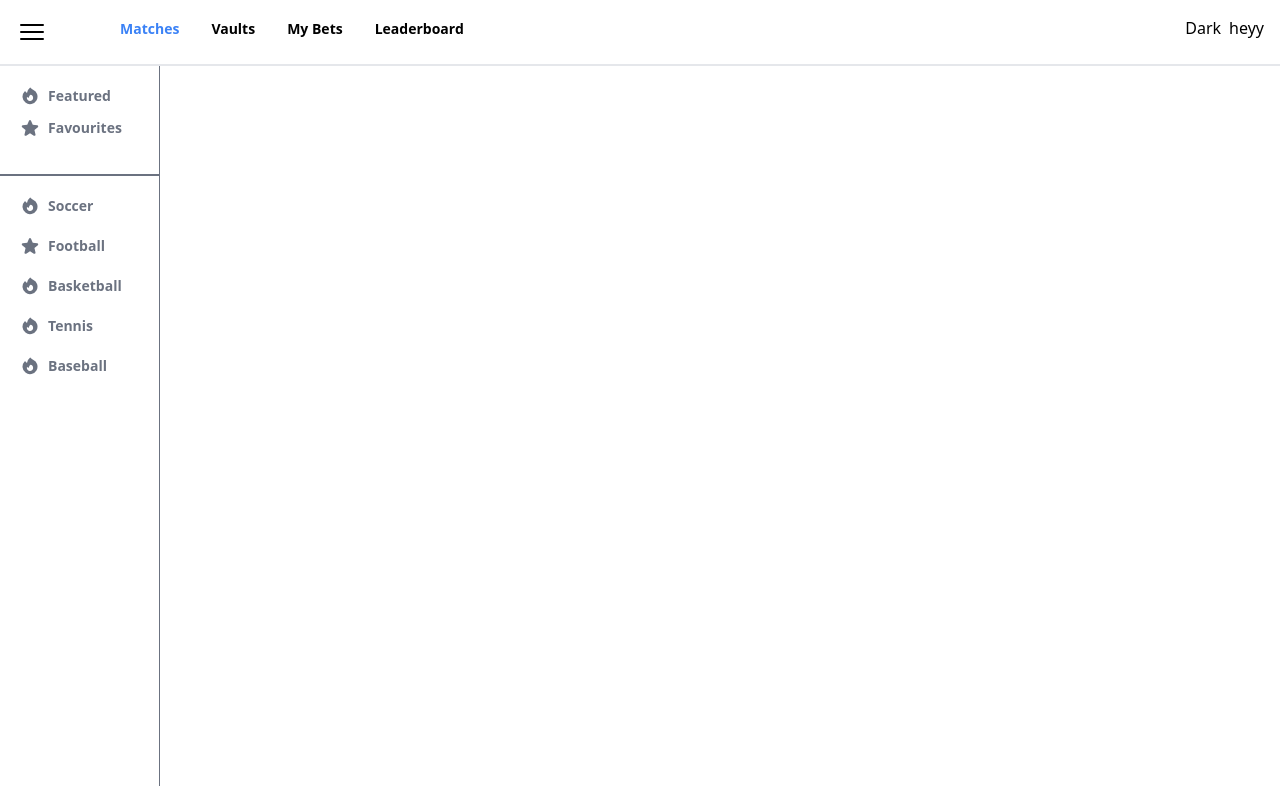
Repository: thekingisherenow/Betterbook
Page: /
These files come from the project's save history. The page is drawn as it stood at one moment and after the next save; the edit follows.
The browser window is 1280 px wide. The pictures show the whole page.
The project was rebuilt for these pictures with package versions that can differ from the ones it lists, and the page was loaded fresh each time. The framework's server and built-in components were replaced by stand-ins that run in the browser. Also part of the build but not shown: next.config.js.

Above is the page before, as saved 2023-01-17 00:23:36.

### src/pages/_app.tsx
import type { AppProps } from 'next/app'
import { Provider } from 'react-redux'
import store from '../core/store'
import '../core/styles/root.css'

const App = (props: AppProps) => {
  const { Component, pageProps } = props
  return (
    <Provider store={store}>
      <Component {...pageProps} />
    </Provider>
  )
}

export default App

### src/pages/index.tsx
import type { NextPage } from 'next'
import { useEffect, useState } from 'react'
import API from '../core/services'
import { Game } from '../types/game'
import Sidebar from '../components/Typography/Sidebar'
import Header from '../components/Typography/Header'

const IndexPage: NextPage = () => {
  const [games, setGames] = useState<Game[]>([])

  useEffect(() => {
    API.games.fetchGames().then(setGames)
  }, [])

  return <div>
        <main className=''>

          {/* Header  */}
          <Header />
            {/* Sidebar */}
            <Sidebar/>
            {/* Center  */}

        </main>
  </div>
}

export default IndexPage

### src/core/store/index.ts
import { configureStore } from '@reduxjs/toolkit'
import { counterReducer } from './slices/counterSlice'

const store = configureStore({
  reducer: {
    counter: counterReducer,
  },
})

export default store

### src/core/services/index.ts
import * as gamesServices from './games'

const API = {
  games: gamesServices,
}

export default API

### src/components/Typography/Sidebar.tsx
import React from 'react'
import { FireIcon, StarIcon } from '@heroicons/react/24/solid'

function Sidebar() {
    return (
        <div className='text-gray-500 text-sm border-r h-screen w-40 border-gray-500'>
            <div>
                <div className='flex flex-col  p-5 space-y-3 font-semibold mb-4'>
                    <button className='flex items-center space-x-2 hover:text-blue-600'>
                        <FireIcon className='w-5 h-5' />
                        <p>Featured</p>
                    </button>
                    <button className='flex items-center space-x-2 hover:text-blue-600'>
                        <StarIcon className='w-5 h-5' />
                        <p>Favourites</p>
                    </button>
                </div>
                    <hr className='border-t-2 border-gray-500' />

                <div className='flex flex-col space-y-5  p-5 font-semibold mb-4'>
                    <button className='flex items-center space-x-2 hover:text-blue-600'>
                        <FireIcon className='w-5 h-5' />
                        <p>Soccer</p>
                    </button>
                    <button className='flex items-center space-x-2 hover:text-blue-600'>
                        <StarIcon className='w-5 h-5' />
                        <p>Football</p>
                    </button>
                    <button className='flex items-center space-x-2 hover:text-blue-600'>
                        <FireIcon className='w-5 h-5' />
                        <p>Basketball</p>
                    </button>
                    <button className='flex items-center space-x-2 hover:text-blue-600'>
                        <FireIcon className='w-5 h-5' />
                        <p>Tennis</p>
                    </button>
                    <button className='flex items-center space-x-2 hover:text-blue-600'>
                        <FireIcon className='w-5 h-5' />
                        <p>Baseball</p>
                    </button>
                </div>
            </div>
        </div>
    )
}

export default Sidebar

### src/components/Typography/Header.tsx
import { Bars3Icon } from '@heroicons/react/24/solid'
import React from 'react'
import NavLinks from './NavLinks'

function Header() {
  return (
    <header >
      <div className='p-4 flex text-center   border-b-2 '>

        <Bars3Icon className='h-8 w-8  cursor-pointer'/>
        <div className='ml-10'>

          {/* Nav Links */}
          <div className='ml-4 items-center'>

        <NavLinks  />
          </div>

        </div>
        <div className='flex space-x-2 justify-end ml-auto '>
          <div className=''>
            Dark
            </div>
            <div>
              heyy
              </div>
        </div>
      </div>
    </header>
  )
}

export default Header

### src/core/store/slices/counterSlice.ts
import { createSlice } from '@reduxjs/toolkit'

export const counterSlice = createSlice({
  name: 'counter',
  initialState: {
    count: 0,
  },
  reducers: {
    setCount(state, { payload }) {
      state.count = payload
    },
  },
})

export const counterReducer = counterSlice.reducer

### src/core/services/games.ts
import { Game } from '../../types/game'

export const fetchGames = (): Promise<Game[]> => {
  return Promise.resolve([
    {
      id: '1',
      name: 'Spain vs Argentina',
    },
  ])
}

### src/components/Typography/NavLinks.tsx
import React, { useEffect } from 'react'
import { categories } from './constants'
import NavLink from './NavLink'
import { useRouter } from 'next/router'

function NavLinks() {
  const router = useRouter();

  //const isActive is true if the pathname in the url matches the  navlink's path.
  const isActive = (path:string)=>{
    console.log("router.pathname",router.pathname)
  console.log("path",path)
  console.log(router.pathname===path)
    return router.pathname===path
  }

  return (
    <nav>
      {categories.map((category)=>(
        <NavLink key={category.label} category={category.label} path={category.path} isActive={isActive(category.path)} />
      ))}
    </nav>
  )
}

export default NavLinks

### src/components/Typography/constants.ts
import { Category } from "../../types/category"

export const categories : Category[] =[
    {label:"Matches",path:"/"},
    {label:"Vaults",path:"/vaults"},
    {label:"My Bets",path:"/mybets"},
    {label:"Leaderboard",path:"/leaderboard"},
]

### src/components/Typography/NavLink.tsx
import Link from 'next/link';
import React from 'react'


type Props = {
    category: string;
    path:string;
    isActive: boolean;

}

function NavLink({category,path,isActive}:Props) {
  console.log("isActive",isActive);
  return (
    <Link href={`${path}`}
        className={`cursor-pointer p-4 text-sm  font-semibold
         ${isActive && 'text-blue-500 hover:text-blue-600 font-bold '}`}
    >
      {category}
    </Link>
  )
}

export default NavLink

### tailwind.config.js
/** @type {import('tailwindcss').Config} */
module.exports = {
  content: [
    './src/pages/**/*.{js,ts,jsx,tsx}',
    './src/components/**/*.{js,ts,jsx,tsx}',
    './src/modules/**/*.{js,ts,jsx,tsx}',
  ],
  theme: {
    extend: {},
  },
  plugins: [],
}

Loaded but not shown: src/core/styles/root.css (common file)

After the next save:
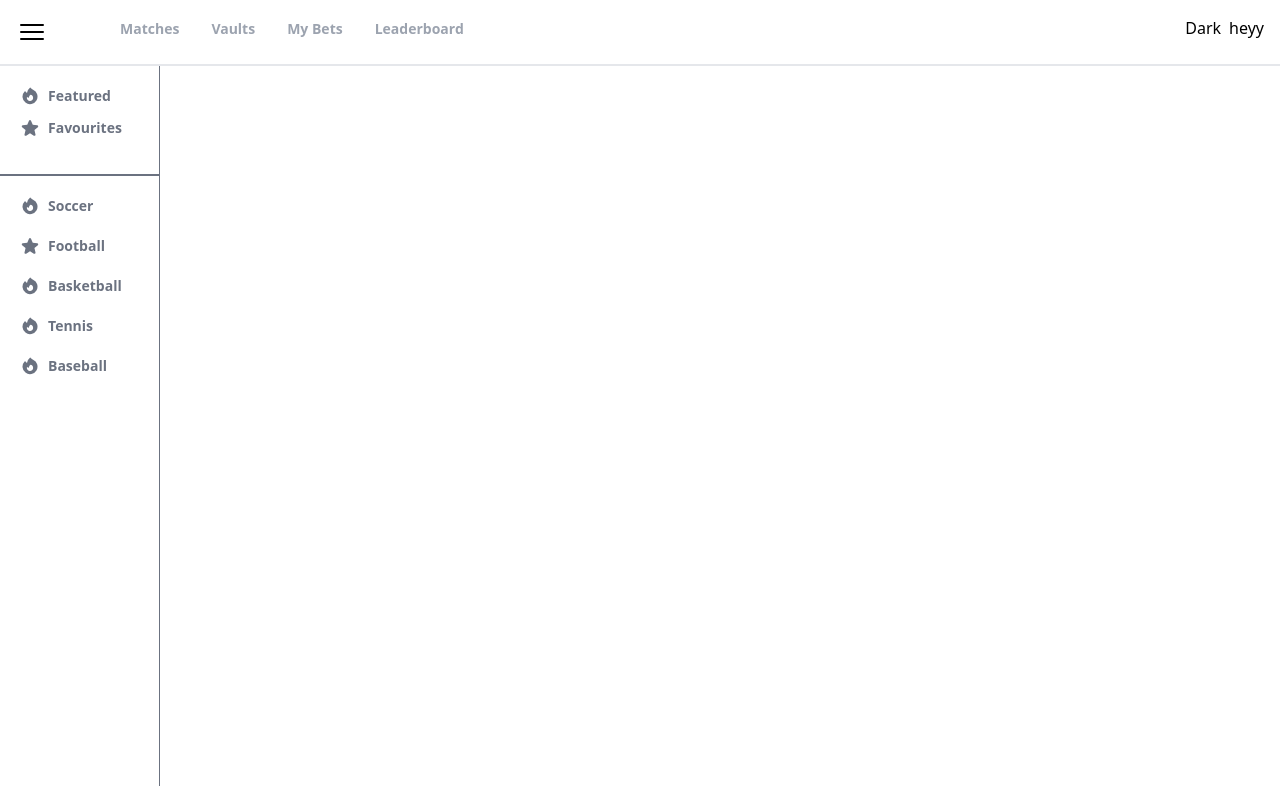
Saved 54 s later.
--- a/src/components/Typography/NavLink.tsx
+++ b/src/components/Typography/NavLink.tsx
@@ -13,7 +13,7 @@
   console.log("isActive",isActive);
   return (
     <Link href={`${path}`}
-        className={`cursor-pointer p-4 text-sm  font-semibold
+        className={`cursor-pointer p-4 text-sm text-gray-400 hover:text-gray-600 font-semibold
          ${isActive && 'text-blue-500 hover:text-blue-600 font-bold '}`}
     >
       {category}

After the save that followed:
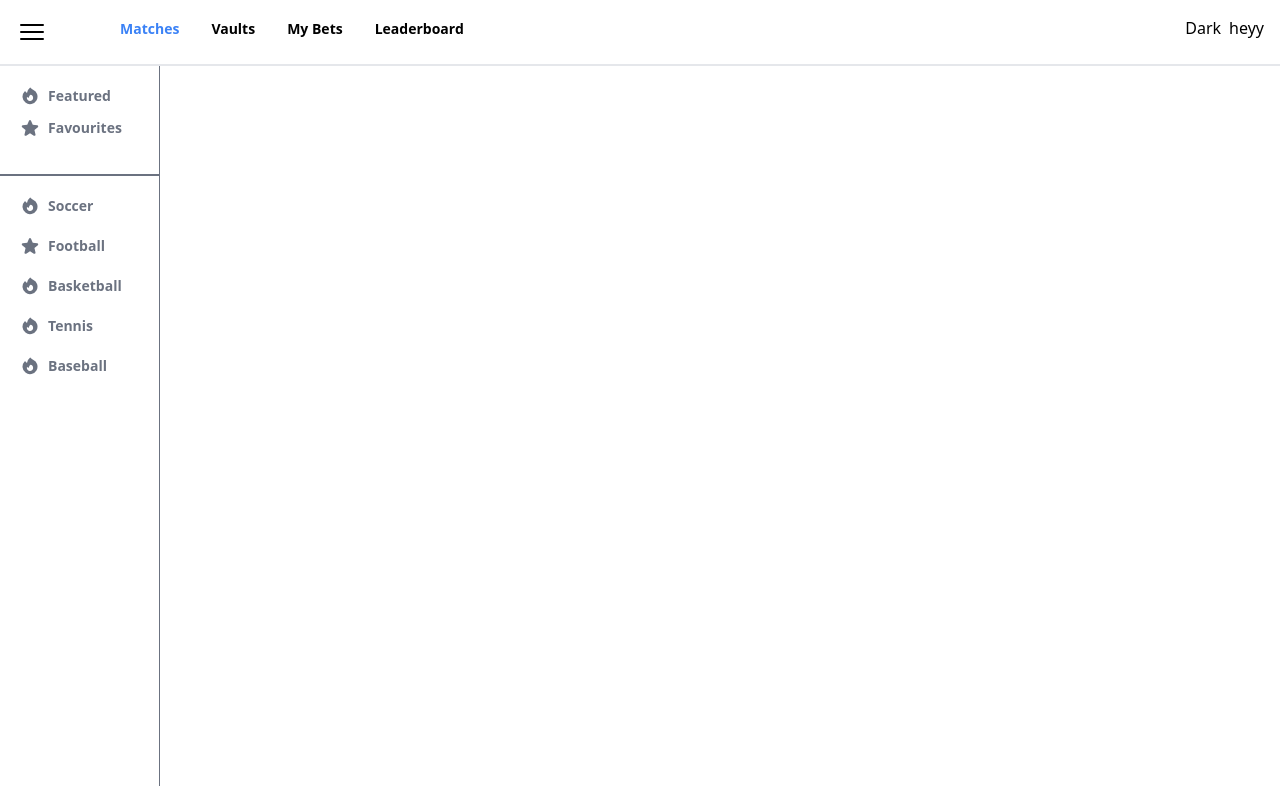
Saved 15 s later.
--- a/src/components/Typography/NavLink.tsx
+++ b/src/components/Typography/NavLink.tsx
@@ -13,7 +13,7 @@
   console.log("isActive",isActive);
   return (
     <Link href={`${path}`}
-        className={`cursor-pointer p-4 text-sm text-gray-400 hover:text-gray-600 font-semibold
+        className={`cursor-pointer p-4 text-sm  font-semibold
          ${isActive && 'text-blue-500 hover:text-blue-600 font-bold '}`}
     >
       {category}
